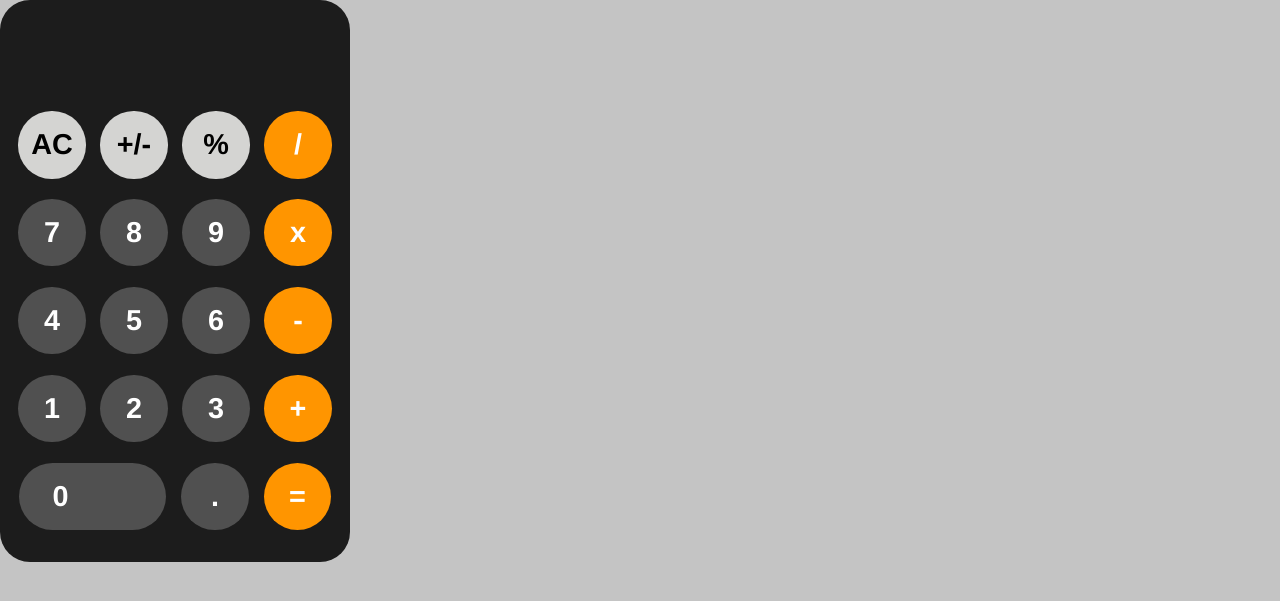
Repository: raulpenate/Calculadora-VUE3
Page: /
These files come from the project's save history. The page is drawn as it stood at one moment and after the next save; the edit follows.
The browser window is 1280 px wide. The pictures show the whole page.
The project was rebuilt for these pictures with package versions that can differ from the ones it lists, and the page was loaded fresh each time. Also part of the build but not shown: src/components/HelloWorld.vue.

Above is the page before, as saved 2022-03-11 17:50:30.

### src/App.vue
<template>
  <HelloWorld msg="Welcome to Your Vue.js App"/>
  <Calculator/>
</template>

<script>
import HelloWorld from './components/HelloWorld.vue'
import Calculator from './components/Calculator.vue'

export default {
  name: 'App',
  components: {
    Calculator
  }
}
</script>

<style>
#app {
  font-family: Avenir, Helvetica, Arial, sans-serif;
}
</style>

### src/components/Calculator.vue
<template>
  <div class="container">
    <div class="carcasa">
      <div class="pantalla">
        <div class="datosanteriores">
          <label class="">{{ pantallainterna }}</label>
        </div>
        <input
          v-model="pantallainterna"
          class="pantallainterna"
          type="text"
          name="numero"
          pattern="\d"
        />
      </div>
      <div class="fila">
        <div @click="reset" class="boton gris">AC</div>
        <div class="boton gris">+/-</div>
        <div class="boton gris">%</div>
        <div class="boton orange">/</div>
      </div>
      <div class="fila">
        <div @click="agregarNumero('7')" class="boton">7</div>
        <div @click="agregarNumero('8')" class="boton">8</div>
        <div @click="agregarNumero('9')" class="boton">9</div>
        <div @click="agregarNumero('')" class="boton orange">x</div>
      </div>
      <div class="fila">
        <div @click="agregarNumero('4')" class="boton">4</div>
        <div @click="agregarNumero('5')" class="boton">5</div>
        <div @click="agregarNumero('6')" class="boton">6</div>
        <div class="boton orange">-</div>
      </div>
      <div class="fila">
        <div @click="agregarNumero('1')" class="boton">1</div>
        <div @click="agregarNumero('2')" class="boton">2</div>
        <div @click="agregarNumero('3')" class="boton">3</div>
        <div class="boton orange">+</div>
      </div>
      <div class="fila final">
        <div @click="agregarCero" class="boton grande">0</div>
        <div @click="agregarPunto" class="boton">.</div>
        <div @click="agregarNumero('9')" class="boton orange">=</div>
      </div>
    </div>
  </div>
</template>

<script>
export default {
  name: "Calculator",
  props: {
    numero: Number,
  },
  data() {
    return {
      pantallainterna: this.numero,
    };
  },
  methods: {
    agregarNumero(valor) {
      if (!this.pantallainterna) {
        this.pantallainterna = valor;
      } else {
        this.pantallainterna += valor;
      }
    },
    agregarCero() {
        if (!this.pantallainterna) {
          this.pantallainterna = "0";
        } else {
          this.pantallainterna += "0";
        }
    },
    agregarPunto() {
      if (this.pantallainterna.search(/\./g) == -1) {
        this.pantallainterna += ".";
      }
    },
    reset() {
      this.pantallainterna = null;
    },
  },
};
</script>

<style>
* {
  padding: 0;
  margin: 0;
  box-sizing: border-box;
}

body {
  background: #c4c4c4;
}

/* CARCASA */

.carcasa {
  background: #1c1c1c;
  display: flex;
  flex-flow: wrap;
  justify-content: space-between;
  border-radius: 30px;
  max-width: 350px;
}

/* PANTALLA */

.pantalla {
  padding: 5%;
  display: flex;
  flex-wrap: wrap;
  align-content: stretch;
  width: 100%;
}

.pantallainterna {
  display: inline-block;
  position: relative;
  width: 100%;
  background: #1c1c1c;
  color: #ffffff;
  outline: none;
  border: none;
  text-align: right;
  font-size: 8vh;
}

input[type="number"]::-webkit-inner-spin-button,
input[type="number"]::-webkit-outer-spin-button {
  -webkit-appearance: none;
  margin: 0;
}

.datosanteriores {
  font-size: 3vh;
  width: 100%;
  color: #fff;
  text-align: right;
}

/* BOTONES */

.fila {
  width: 100%;
  font-weight: bold;
  display: flex;
  flex-flow: wrap row;
  justify-content: space-evenly;
  margin: 2%;
}

.boton {
  background: #505050;
  color: #ffffff;
  width: 20px;
  height: 20px;
  position: relative;
  font-size: 4vh;
  padding: 10%;
  display: flex;
  justify-content: center;
  align-items: center;
  border-radius: 50%;
  margin: 1%;
}

.orange {
  background: #ff9500;
}

.gris {
  background: #d4d4d2;
  color: #000;
}

.boton:hover {
  background: rgba(255, 255, 255, 0.4);
}

.orange:hover {
  background: rgba(247, 127, 72, 0.9);
}

.inicio {
  margin-top: 1%;
}

.final {
  margin-bottom: 8%;
}

.grande {
  flex-grow: 0.7;
  border-radius: 50px;
  display: flex;
  justify-content: start;
}
</style>

Loaded but not shown: public/index.html (common file); src/main.js (common file)

After the next save:
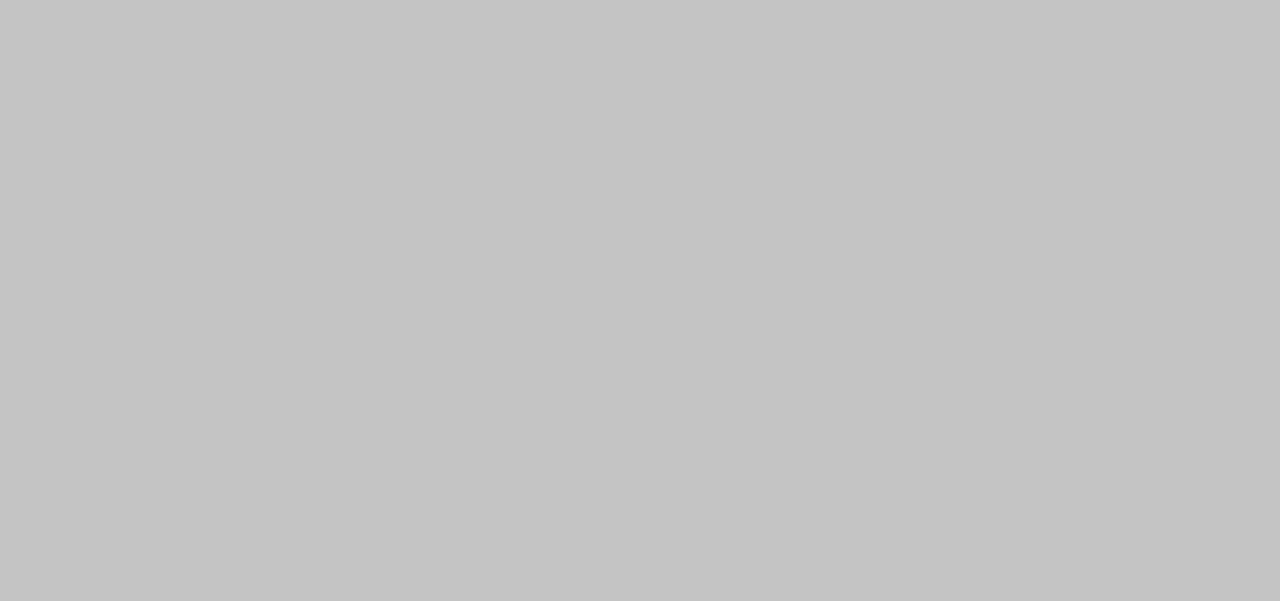
Console error (its wording comes from the project's code and is left out).
Saved 64 min 59 s later.
--- a/src/components/Calculator.vue
+++ b/src/components/Calculator.vue
@@ -50,7 +50,10 @@
 export default {
   name: "Calculator",
   props: {
-    numero: Number,
+    numero: {
+        type: "number",
+        default: 0
+    },
   },
   data() {
     return {

After the save that followed:
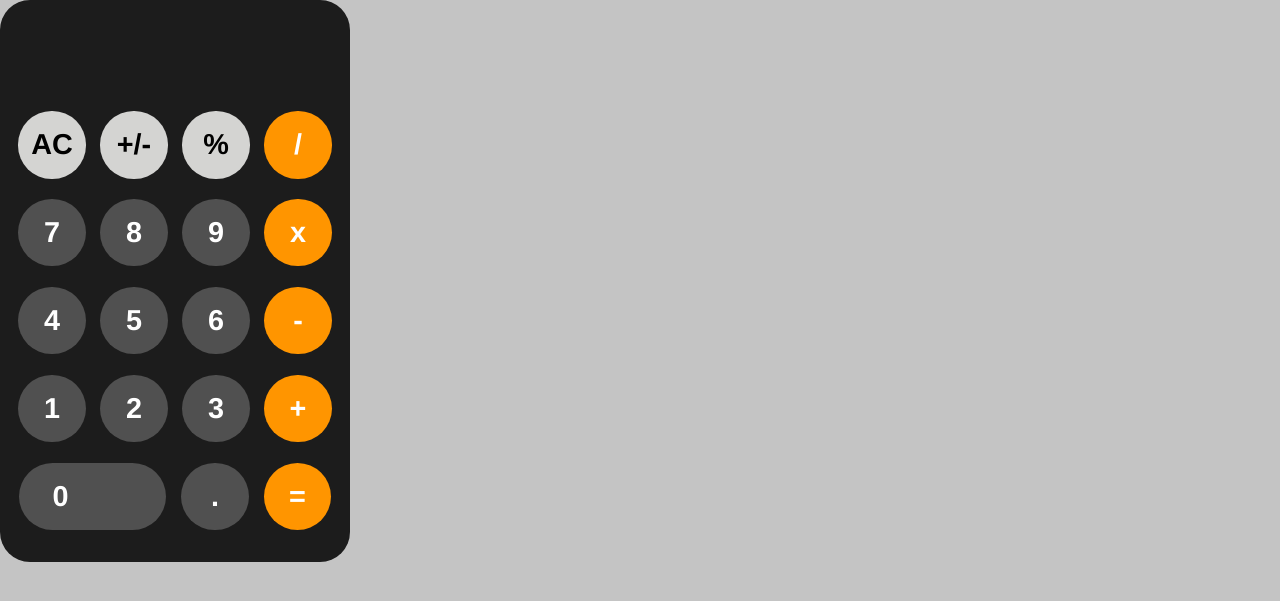
The error is gone.
Saved 15 s later.
--- a/src/components/Calculator.vue
+++ b/src/components/Calculator.vue
@@ -50,10 +50,7 @@
 export default {
   name: "Calculator",
   props: {
-    numero: {
-        type: "number",
-        default: 0
-    },
+    numero: Number,
   },
   data() {
     return {
